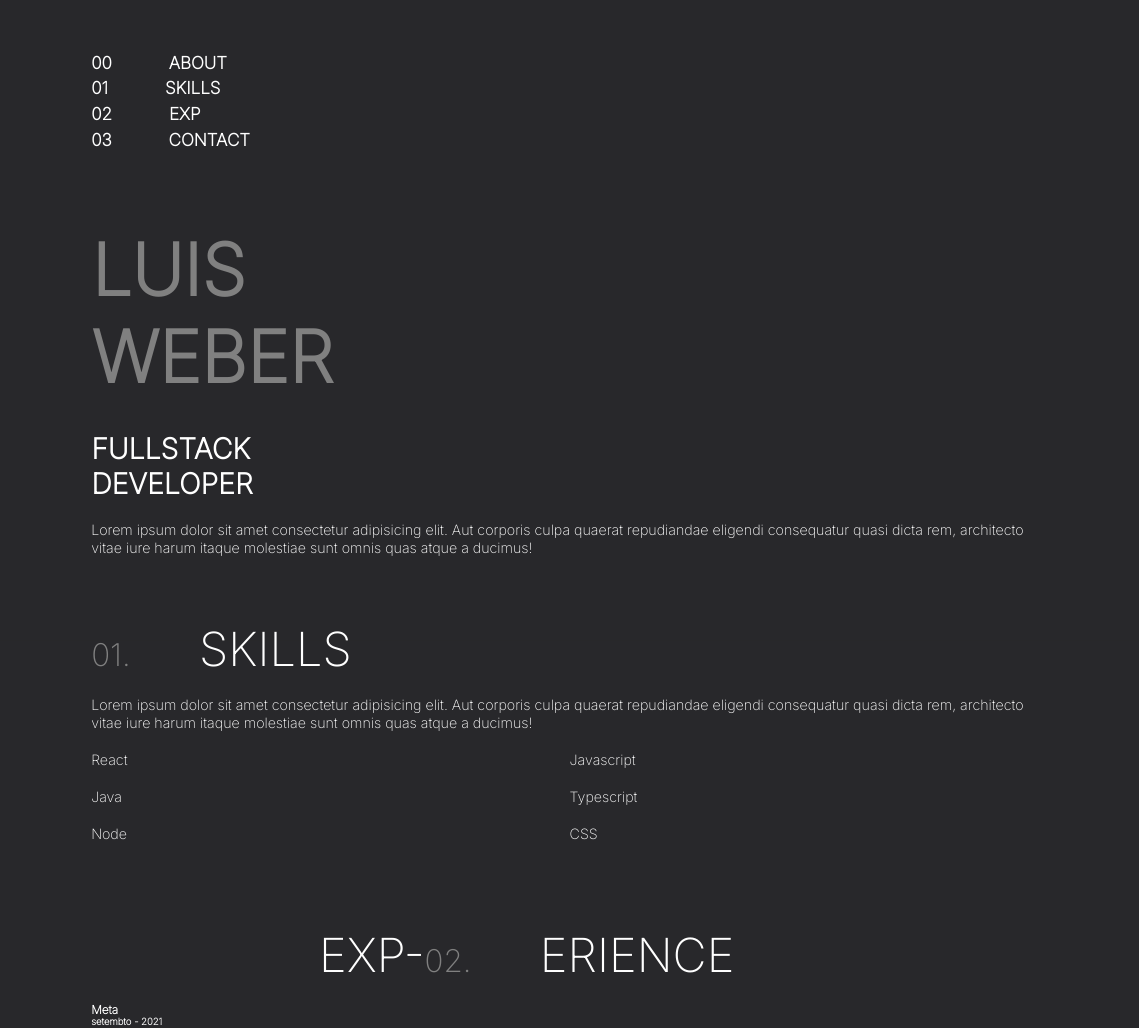
Repository: luiswh1/Portfolio
Page: /
The author's editor kept a copy of each file at every save. The page is drawn from the files as they stood at one save, then again after the next save.
The browser window is 1280 px wide. The pictures show the whole page, at 89% of full size.
The project was rebuilt for these pictures with package versions that can differ from the ones it lists, and the page was loaded fresh each time.

Above is the page before, as saved 2023-05-28 16:32:08.

### public/index.html
<!DOCTYPE html>
<html lang="en">
  <head>
    <meta charset="utf-8" />
    <link rel="icon" href="%PUBLIC_URL%/favicon.ico" />
    <meta name="viewport" content="width=device-width, initial-scale=1" />
    <meta name="theme-color" content="#000000" />
    <meta
      name="description"
      content="Web site created using create-react-app"
    />
    <link rel="apple-touch-icon" href="%PUBLIC_URL%/logo192.png" />
    <!--
      manifest.json provides metadata used when your web app is installed on a
      user's mobile device or desktop. See https://developers.google.com/web/fundamentals/web-app-manifest/
    -->
    <link rel="manifest" href="%PUBLIC_URL%/manifest.json" />
    <!--
      Notice the use of %PUBLIC_URL% in the tags above.
      It will be replaced with the URL of the `public` folder during the build.
      Only files inside the `public` folder can be referenced from the HTML.

      Unlike "/favicon.ico" or "favicon.ico", "%PUBLIC_URL%/favicon.ico" will
      work correctly both with client-side routing and a non-root public URL.
      Learn how to configure a non-root public URL by running `npm run build`.
    -->

    <link rel="preconnect" href="https://fonts.googleapis.com">
    <link rel="preconnect" href="https://fonts.gstatic.com" crossorigin>
    <link href="https://fonts.googleapis.com/css2?family=Inter:wght@200&family=Poppins:wght@200;300&display=swap" rel="stylesheet">
    <title>React App</title>
  </head>
  <body>
    <noscript>You need to enable JavaScript to run this app.</noscript>
    <div id="root"></div>
    <!--
      This HTML file is a template.
      If you open it directly in the browser, you will see an empty page.

      You can add webfonts, meta tags, or analytics to this file.
      The build step will place the bundled scripts into the <body> tag.

      To begin the development, run `npm start` or `yarn start`.
      To create a production bundle, use `npm run build` or `yarn build`.
    -->
  </body>
</html>

### src/index.tsx
import React from 'react';
import ReactDOM from 'react-dom/client';
import App from './App';
import GlobalStyle from './styles/globalStyles';

const root = ReactDOM.createRoot(
  document.getElementById('root') as HTMLElement
);
root.render(
  <React.StrictMode>
    <GlobalStyle />
    <App />
  </React.StrictMode>
);

### src/App.tsx
import React from 'react';
import Home from './Pages/Home';

function App() {
  return (
   <Home />
  );
}

export default App;

### src/styles/globalStyles.tsx
import { createGlobalStyle } from 'styled-components'


const GlobalStyle = createGlobalStyle`
* {
    margin: 0;
    font-family: Inter;
  }

  html, body {
    height: 100%;
    background-color: #28282B;
    color: white;
  }

`

export default GlobalStyle

### src/Pages/Home.tsx
import React from "react";
import {
  Container,
  NameSection,
  StyledName,
  InnerContainer,
  Profession,
  About,
  LabelTitle,
  NumberIndex,
  IndexTitle,
  ListSkills,
  SkillItem,
  StyledSpanExp,
  Experience,
  ExperienceItem,
} from "./HomeStyles";
import IndexList from "../Components/IndexList/IndexList";

const Home = () => {
  return (
    <Container>
      <InnerContainer>
        <IndexList />

        <NameSection>
          <StyledName>
            LUIS <br />
            WEBER
          </StyledName>
        </NameSection>

        <Profession>
          FULLSTACK <br />
          DEVELOPER
        </Profession>

        <About>
          Lorem ipsum dolor sit amet consectetur adipisicing elit. Aut corporis
          culpa quaerat repudiandae eligendi consequatur quasi dicta rem,
          architecto vitae iure harum itaque molestiae sunt omnis quas atque a
          ducimus!
        </About>

        <LabelTitle>
          <NumberIndex>01.</NumberIndex>
          <IndexTitle>SKILLS</IndexTitle>
        </LabelTitle>

        <About>
          Lorem ipsum dolor sit amet consectetur adipisicing elit. Aut corporis
          culpa quaerat repudiandae eligendi consequatur quasi dicta rem,
          architecto vitae iure harum itaque molestiae sunt omnis quas atque a
          ducimus!
        </About>

        <ListSkills>
          <SkillItem>React</SkillItem>
          <SkillItem>Javascript</SkillItem>
          <SkillItem>Java</SkillItem>
          <SkillItem>Typescript</SkillItem>
          <SkillItem>Node</SkillItem>
          <SkillItem>CSS</SkillItem>
        </ListSkills>

        <LabelTitle>
          <StyledSpanExp>EXP-</StyledSpanExp>
          <NumberIndex>02.</NumberIndex>
          <IndexTitle>ERIENCE</IndexTitle>
        </LabelTitle>

        <Experience>
          <ExperienceItem><h5>Meta</h5><h6>setembto - 2021</h6></ExperienceItem>
        </Experience>

      </InnerContainer>
    </Container>
  );
};

export default Home;

### src/Pages/HomeStyles.tsx
import { styled } from "styled-components";

export const Container = styled.div`
  width: 100%;
  height: 100%;
  overflow: hidden;
`;

export const InnerContainer = styled.div`
  margin-left: 8vw;
  margin-right: 8vw;
`;

export const NameSection = styled.div`
  width: 100%;
  height: 100%;
  margin-top: 12vh;
`;

export const StyledName = styled.h1`
  font-size: 5em;
  color: gray;
`;

export const Profession = styled.h1`
margin-top: 5vh;
`

export const About = styled.p`
margin-top: 3vh;
color: white;
`
export const LabelTitle = styled.div`
margin-top: 10vh;
`

export const NumberIndex = styled.span`
  font-size: 2.2em;
  color: gray;
  margin-right: 3vw;
`;

export const IndexTitle = styled.span`
  font-size: 3.3em;
  color: white;
  margin-left: 3vw;
`;


export const ListSkills = styled.div`
margin-top: 3vh;
display: flex;
  flex-wrap: wrap;
`;

export const SkillItem = styled.span`
flex-basis: 50%;
margin-bottom: 3vh;
color: white;
`;

export const StyledSpanExp = styled.span`
font-size: 3.3em;
color: white;
margin-left: 20vw;
`

export const Experience = styled.section`
margin-top: 3vh;
`

export const ExperienceItem = styled.section`

`

### src/Components/IndexList/IndexList.tsx
import React from "react";
import { Sections, SectionItem } from "./IndexListStyles";

const IndexList = () => {
  return (
    <>
      <Sections>
        <SectionItem>
          <span>00</span>
          <span>ABOUT</span>
        </SectionItem>
        <SectionItem>
          <span>01</span>
          <span>SKILLS</span>
        </SectionItem>
        <SectionItem>
          <span>02</span>
          <span>EXP</span>
        </SectionItem>
        <SectionItem>
          <span>03</span>
          <span>CONTACT</span>
        </SectionItem>
      </Sections>
    </>
  );
};

export default IndexList;

### src/Components/IndexList/IndexListStyles.tsx
import { styled } from "styled-components";

export const Sections = styled.div`
margin-top: 8vh;
`

export const SectionItem = styled.span`
color: white;
font-size: 1.2rem;
font-weight: bold;
display: block;
span:first-child {
    margin-right: 5vw;
  }
  margin-top: 5px;
`

After the next save:
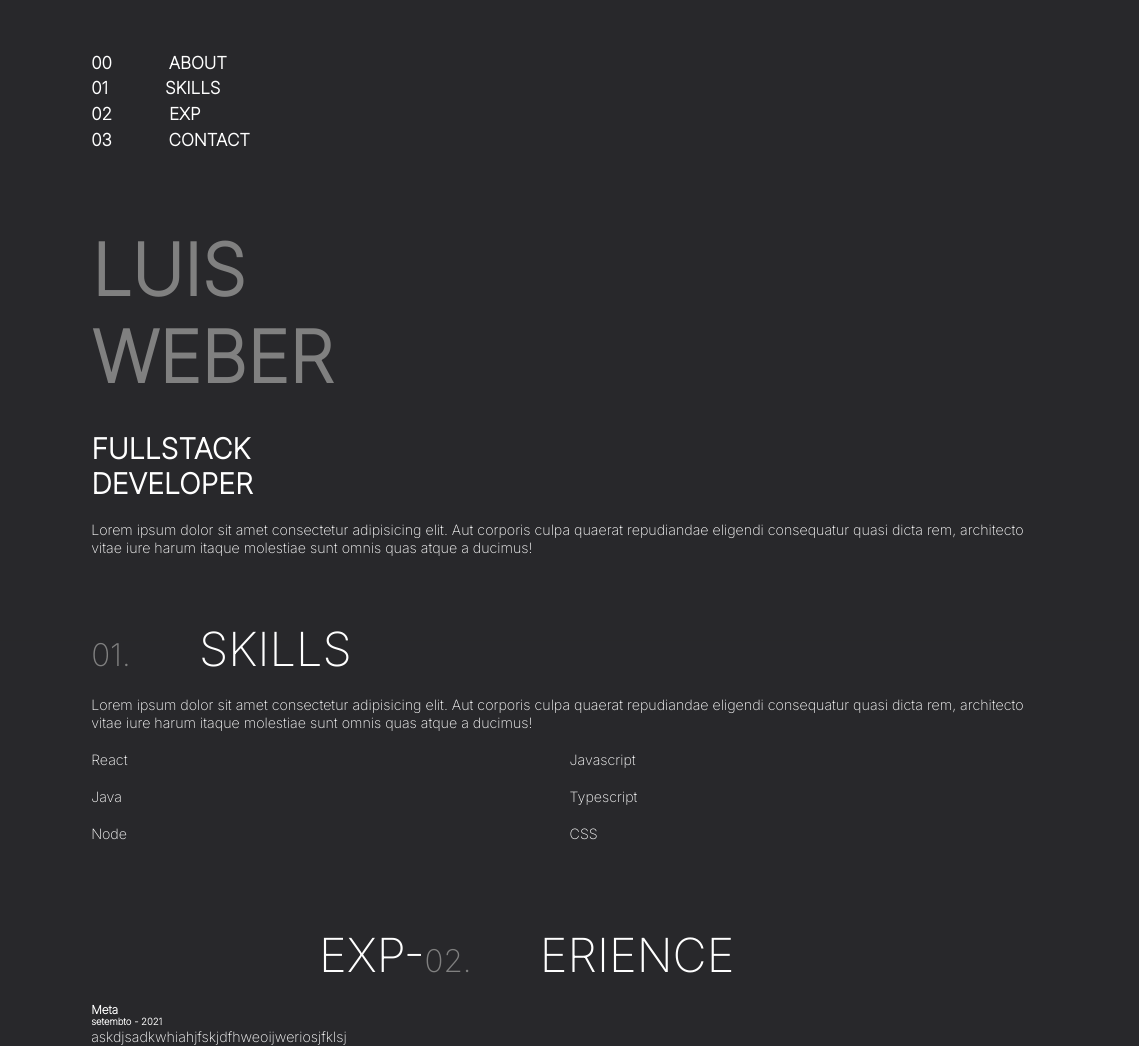
Saved 112 s later.
--- a/src/Pages/Home.tsx
+++ b/src/Pages/Home.tsx
@@ -70,7 +70,11 @@ const Home = () => {
         </LabelTitle>
 
         <Experience>
-          <ExperienceItem><h5>Meta</h5><h6>setembto - 2021</h6></ExperienceItem>
+          <ExperienceItem>
+            <h5>Meta</h5>
+            <h6>setembto - 2021</h6>
+            <p>askdjsadkwhiahjfskjdfhweoijweriosjfklsj</p>
+          </ExperienceItem>
         </Experience>
 
       </InnerContainer>
